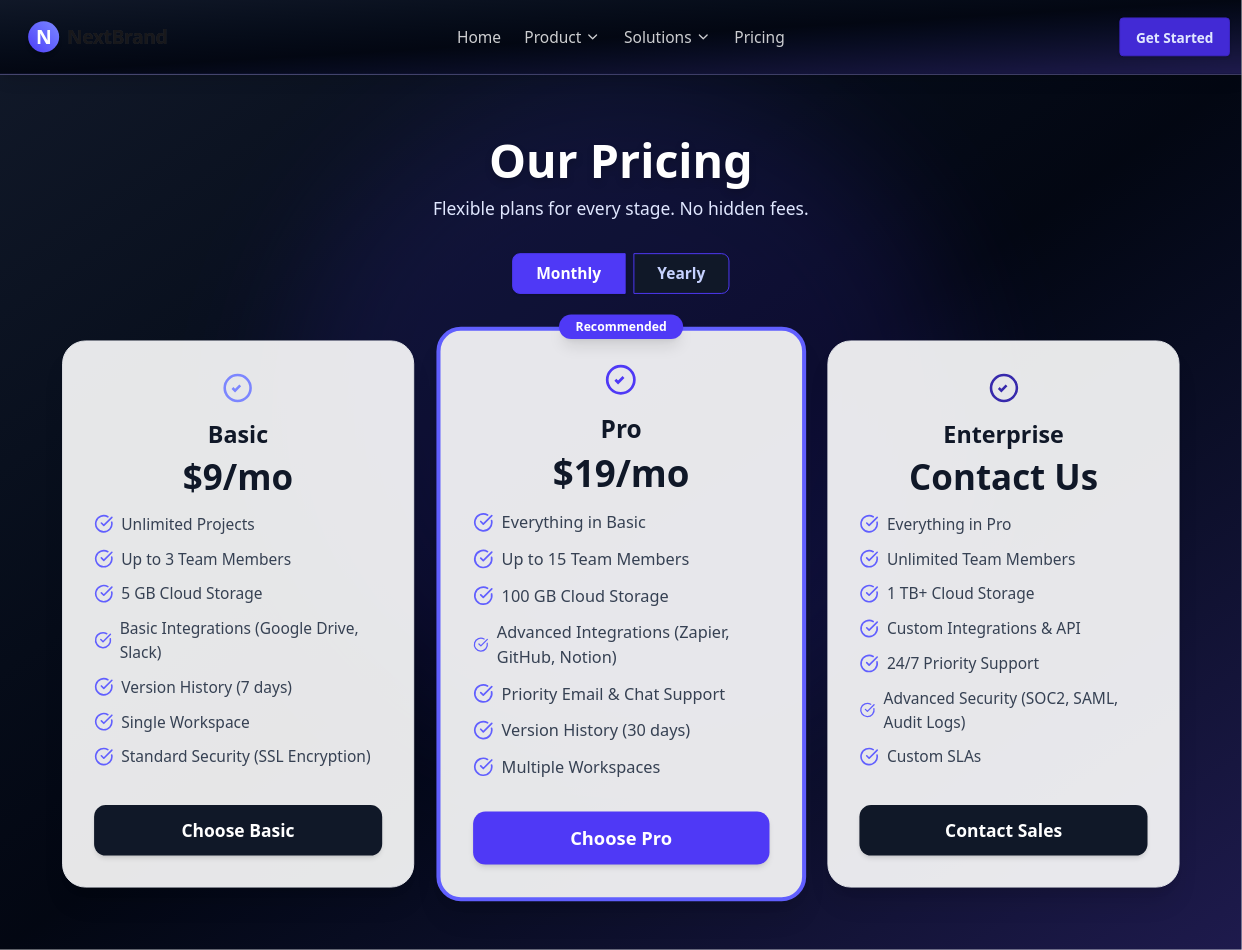
Repository: Chiranshukapil/Next_Brand
Page: /pricing
The author's editor kept a copy of each file at every save. The page is drawn from the files as they stood at one save, then again after a run of saves.
The browser window is 1280 px wide. The pictures show the whole page, at 97% of full size.
The project was rebuilt for these pictures with package versions that can differ from the ones it lists, and the page was loaded fresh each time. Also part of the build but not shown: vite.config.js.

Above is the page before, as saved 2025-06-18 12:35:43.

### index.html
<!doctype html>
<html lang="en">
  <head>
    <meta charset="UTF-8" />
    <link rel="stylesheet" href="src/index.css">
    <meta name="viewport" content="width=device-width, initial-scale=1.0" />
    <title>NavBar</title>
  </head>
  <body classname="scroll-smooth">
    <div id="root"></div>
    <script type="module" src="/src/main.jsx"></script>
  </body>
</html>

### src/App.jsx
import { useState } from 'react'
import { BrowserRouter as Router, Routes, Route } from 'react-router-dom'
import Navbar from './Components/NavBar.jsx'
import PricingSection from './Components/PricingSection.jsx'

function App() {
  return (
    <Router>
      <Navbar />
      <Routes>

        <Route path="/pricing" element={<PricingSection />} />

      </Routes>
    </Router>
  )
}

export default App

### src/Components/NavBar.jsx
import React, { useState } from "react";
import { Link } from "react-router-dom";
import { Menu, X, ChevronDown } from "lucide-react";

// Use route paths in navLinks
const navLinks = [
  { name: "Home", href: "/" },
  {
    name: "Product",
    href: "/product",
    dropdown: [
      { name: "Overview", href: "/product/overview" },
      { name: "Features", href: "/product/features" },
    ],
  },
  {
    name: "Solutions",
    href: "/solutions",
    dropdown: [
      { name: "For Teams", href: "/solutions/teams" },
      { name: "For Individuals", href: "/solutions/individuals" },
    ],
  },
  { name: "Pricing", href: "/pricing" },
];

export default function Navbar() {
  const [menuOpen, setMenuOpen] = useState(false);
  const [dropdownOpen, setDropdownOpen] = useState(null);

  return (
    <nav className="sticky top-0 z-50 bg-gradient-to-br from-gray-900 via-gray-950 to-indigo-950 backdrop-blur-md bg-opacity-80 border-b border-indigo-800/30 shadow-lg flex justify-between px-3 py-3">

      <div className="navbar-start">
        <Link
          to="/"
          className="btn btn-ghost text-xl font-bold tracking-tight flex items-center gap-2 hover:text-indigo-500 transition-colors"
        >
          <span className="w-8 h-8 bg-gradient-to-tr from-indigo-600 to-indigo-400 rounded-full text-white flex items-center justify-center font-bold shadow-md">
            N
          </span>
          <span>NextBrand</span>
        </Link>
      </div>

      <div className="navbar-center hidden md:flex">
        <ul className="menu menu-horizontal px-1">
          {navLinks.map((link, index) => (
            <li
              key={link.name}
              onMouseEnter={() => setDropdownOpen(index)}
              onMouseLeave={() => setDropdownOpen(null)}
              className="relative"
            >
              {link.dropdown ? (
                <>
                  <Link
                    to={link.href}
                    className="text-base font-medium flex items-center gap-1 cursor-pointer text-white/80 hover:text-indigo-500 transition-colors"
                    aria-haspopup="true"
                    aria-expanded={dropdownOpen === index}
                    onClick={() => setDropdownOpen(null)}
                  >
                    {link.name}
                    <ChevronDown className="h-4 w-4" />
                  </Link>
                  {dropdownOpen === index && (
                    <ul className="absolute top-full left-0 mt-1 bg-gray-200 shadow-lg rounded-box p-2 w-48 z-50 animate-fade-in">
                      {link.dropdown.map((item) => (
                        <li key={item.name}>
                          <Link
                            to={item.href}
                            className="block px-3 py-1 rounded hover:bg-indigo-50 text-gray-800 transition"
                            onClick={() => setDropdownOpen(null)}
                          >
                            {item.name}
                          </Link>
                        </li>
                      ))}
                    </ul>
                  )}
                </>
              ) : (
                <Link
                  to={link.href}
                  className="text-base font-medium text-white/80 hover:text-indigo-500 transition"
                  onClick={() => setDropdownOpen(null)}
                >
                  {link.name}
                </Link>
              )}
            </li>
          ))}
        </ul>
      </div>

      <div className="navbar-end flex items-center">
        <Link
          to="/get-started"
          className="btn btn-primary font-semibold shadow hidden md:inline-flex"
        >
          Get Started
        </Link>
        <button
          aria-label="Toggle menu"
          className="btn btn-ghost md:hidden ml-2"
          onClick={() => setMenuOpen((v) => !v)}
        >
          {menuOpen ? (
            <X className="h-6 w-6 text-indigo-600" />
          ) : (
            <Menu className="h-6 w-6 text-indigo-600" />
          )}
        </button>

        <div
          className={`absolute top-full right-2 left-2 z-40 md:hidden overflow-hidden transition-all duration-300 ease-in-out bg-white rounded-box shadow-lg ${
            menuOpen ? "max-h-96" : "max-h-0"
          }`}
        >
          <ul tabIndex={0} className="menu menu-sm p-2 w-full">
            {navLinks.map((link) => (
              <li key={link.name}>
                {link.dropdown ? (
                  <details>
                    <summary className="text-base cursor-pointer flex items-center justify-between text-gray-800">
                      <Link
                        to={link.href}
                        className="flex items-center gap-1"
                        onClick={() => setMenuOpen(false)}
                      >
                        {link.name}
                      </Link>
                    </summary>
                    <ul className="p-2">
                      {link.dropdown.map((item) => (
                        <li key={item.name}>
                          <Link
                            to={item.href}
                            className="text-base text-gray-800"
                            onClick={() => setMenuOpen(false)}
                          >
                            {item.name}
                          </Link>
                        </li>
                      ))}
                    </ul>
                  </details>
                ) : (
                  <Link
                    to={link.href}
                    className="text-base text-gray-800"
                    onClick={() => setMenuOpen(false)}
                  >
                    {link.name}
                  </Link>
                )}
              </li>
            ))}
            <li className="mt-2">
              <Link
                to="/get-started"
                className="btn btn-primary w-full"
                onClick={() => setMenuOpen(false)}
              >
                Get Started
              </Link>
            </li>
          </ul>
        </div>
      </div>
    </nav>
  );
}

### src/Components/PricingSection.jsx
import { CheckCircle } from "lucide-react";
import { useState } from "react";

const plans = [
  {
    name: "Basic",
    icon: (
      <svg className="w-6 h-6 sm:w-7 sm:h-7 md:w-8 md:h-8 text-indigo-400" fill="none" stroke="currentColor" strokeWidth="2" viewBox="0 0 24 24">
        <circle cx="12" cy="12" r="10"/><path d="M8 12l2 2 4-4"/>
      </svg>
    ),
    monthly: 9,
    yearly: 90,
    features: [
      "Unlimited Projects",
      "Up to 3 Team Members",
      "5 GB Cloud Storage",
      "Basic Integrations (Google Drive, Slack)",
      "Version History (7 days)",
      "Single Workspace",
      "Standard Security (SSL Encryption)"
    ],
    recommended: false,
  },
  {
    name: "Pro",
    icon: (
      <svg className="w-6 h-6 sm:w-7 sm:h-7 md:w-8 md:h-8 text-indigo-600" fill="none" stroke="currentColor" strokeWidth="2" viewBox="0 0 24 24">
        <circle cx="12" cy="12" r="10"/><path d="M8 12l2 2 4-4"/>
      </svg>
    ),
    monthly: 19,
    yearly: 190,
    features: [
      "Everything in Basic",
      "Up to 15 Team Members",
      "100 GB Cloud Storage",
      "Advanced Integrations (Zapier, GitHub, Notion)",
      "Priority Email & Chat Support",
      "Version History (30 days)",
      "Multiple Workspaces"
    ],
    recommended: true,
  },
  {
    name: "Enterprise",
    icon: (
      <svg className="w-6 h-6 sm:w-7 sm:h-7 md:w-8 md:h-8 text-indigo-800" fill="none" stroke="currentColor" strokeWidth="2" viewBox="0 0 24 24">
        <circle cx="12" cy="12" r="10"/><path d="M8 12l2 2 4-4"/>
      </svg>
    ),
    monthly: null,
    yearly: null,
    features: [
      "Everything in Pro",
      "Unlimited Team Members",
      "1 TB+ Cloud Storage",
      "Custom Integrations & API",
      "24/7 Priority Support",
      "Advanced Security (SOC2, SAML, Audit Logs)",
      "Custom SLAs"
    ],
    recommended: false,
    contact: true,
  },
];

export default function PricingSection() {
  const [billing, setBilling] = useState("monthly");

  const displayPrice = (plan) => {
    if (plan.contact) return "Contact Us";
    if (billing === "yearly") return `$${plan.yearly}/yr`;
    return `$${plan.monthly}/mo`;
  };

  return (
    <section className="relative py-8 px-3 sm:px-2 md:py-16 md:px-6 bg-gradient-to-br from-gray-900 via-gray-950 to-indigo-950 min-h-[100vh]">
      {/* Decorative background shapes */}
      <div className="absolute top-0 left-1/2 -translate-x-1/2 w-[300px] h-[300px] sm:w-[500px] sm:h-[500px] md:w-[700px] md:h-[700px] rounded-full bg-indigo-800 opacity-20 blur-3xl pointer-events-none"></div>
      <div className="relative z-10 max-w-6xl mx-auto">
        <h2 className="text-2xl sm:text-3xl md:text-5xl font-extrabold text-center mb-2 sm:mb-3 text-white drop-shadow-lg">
          Our Pricing
        </h2>
        <p className="text-center text-indigo-100 mb-4 sm:mb-6 md:mb-8 text-sm sm:text-base md:text-lg">
          Flexible plans for every stage. No hidden fees.
        </p>
        {/* Billing toggle */}
        <div className="flex justify-center mb-4 sm:mb-6 md:mb-12 gap-2">
          <button
            className={`px-3 py-1.5 sm:px-4 sm:py-2 md:px-6 md:py-2 rounded-l-lg font-semibold transition-colors duration-200 hover:cursor-pointer border border-indigo-600 focus:outline-none text-xs sm:text-sm md:text-base ${
              billing === "monthly"
                ? "bg-indigo-600 text-white shadow"
                : "bg-gray-900 text-indigo-200 hover:bg-indigo-700/20"
            }`}
            onClick={() => setBilling("monthly")}
          >
            Monthly
          </button>
          <button
            className={`px-3 py-1.5 sm:px-4 sm:py-2 md:px-6 md:py-2 rounded-r-lg font-semibold transition-colors duration-200 hover:cursor-pointer border border-indigo-600 focus:outline-none text-xs sm:text-sm md:text-base ${
              billing === "yearly"
                ? "bg-indigo-600 text-white shadow"
                : "bg-gray-900 text-indigo-200 hover:bg-indigo-700/20"
            }`}
            onClick={() => setBilling("yearly")}
          >
            Yearly
          </button>
        </div>
        <div className="grid grid-cols-1 md:grid-cols-3 gap-4 sm:gap-6 md:gap-8 items-stretch">
          {plans.map((plan) => (
            <div
              key={plan.name}
              className={`relative flex flex-col p-4 sm:p-4 md:p-8 rounded-2xl md:rounded-3xl border transition-transform duration-200 bg-white/90 shadow-xl hover:scale-[1.03] w-full max-w-xs sm:max-w-md mx-auto h-full ${
                plan.recommended
                  ? "border-4 border-indigo-500 bg-indigo-50 z-20 md:scale-105 shadow-2xl"
                  : "border-gray-200"
              }`}
            >
              {plan.recommended && (
                <span className="absolute -top-3 sm:-top-4 left-1/2 -translate-x-1/2 bg-indigo-600 text-white text-[10px] sm:text-xs px-3 sm:px-4 py-1 rounded-full font-semibold shadow-lg z-30">
                  Recommended
                </span>
              )}
              <div className="flex justify-center mb-2 sm:mb-3 md:mb-4">{plan.icon}</div>
              <h3 className="text-lg sm:text-xl md:text-2xl font-bold mb-1 sm:mb-2 text-gray-900 text-center">{plan.name}</h3>
              <div className="text-2xl sm:text-3xl md:text-4xl font-extrabold mb-2 sm:mb-3 md:mb-4 text-center text-gray-900">{displayPrice(plan)}</div>
              <ul className="flex-1 mb-4 sm:mb-6 md:mb-8 space-y-1 sm:space-y-2 md:space-y-3 text-gray-700 text-xs sm:text-sm md:text-base">
                {plan.features.map((f) => (
                  <li key={f} className="flex items-center gap-1 sm:gap-2">
                    <CheckCircle className="w-4 h-4 sm:w-5 sm:h-5 text-indigo-500" />
                    <span>{f}</span>
                  </li>
                ))}
              </ul>
              <button
                className={`py-1.5 px-3 sm:py-2 sm:px-4 md:py-3 md:px-6 rounded-lg md:rounded-xl font-semibold text-sm sm:text-base md:text-lg transition-all hover:cursor-pointer duration-200 shadow-md focus:outline-none ${
                  plan.recommended
                    ? "bg-indigo-600 text-white hover:bg-indigo-700"
                    : "bg-gray-900 text-white hover:bg-indigo-600"
                }`}
              >
                {plan.contact ? "Contact Sales" : `Choose ${plan.name}`}
              </button>
            </div>
          ))}
        </div>
      </div>
    </section>
  );
}

Loaded but not shown: src/index.css (common file); src/main.jsx (common file)

After the next 2 saves:
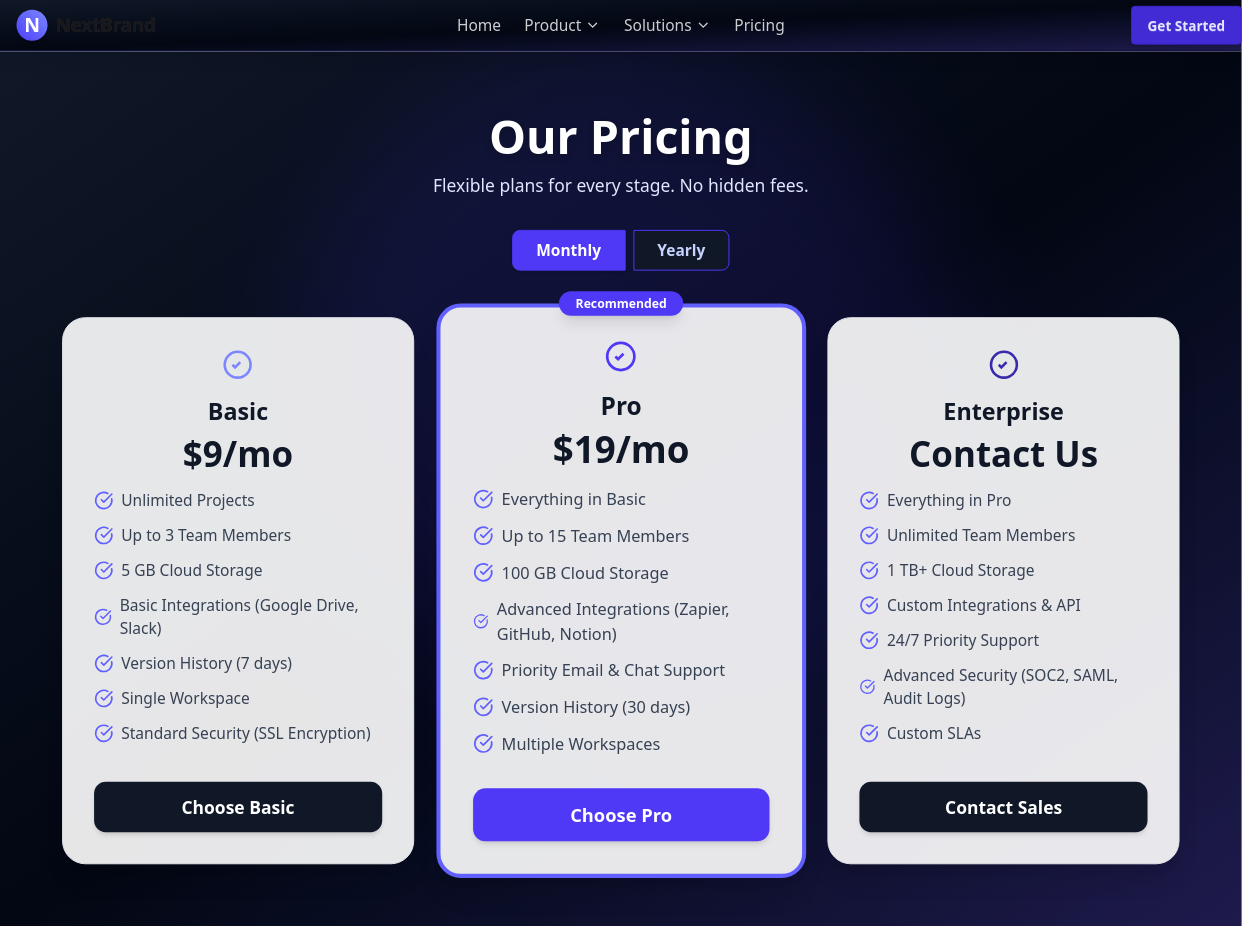
The 2 saves are shown as one change because they came seconds apart.
The last was saved 18 s later.
--- a/src/Components/NavBar.jsx
+++ b/src/Components/NavBar.jsx
@@ -29,7 +29,7 @@
   const [dropdownOpen, setDropdownOpen] = useState(null);
 
   return (
-    <nav className="sticky top-0 z-50 bg-gradient-to-br from-gray-900 via-gray-950 to-indigo-950 backdrop-blur-md bg-opacity-80 border-b border-indigo-800/30 shadow-lg flex justify-between px-3 py-3">
+    <nav className="sticky top-0 z-50 bg-gradient-to-br from-gray-900 via-gray-950 to-indigo-950 backdrop-blur-md bg-opacity-80 border-b border-indigo-800/30 shadow-lg flex justify-between items-center px= p=">
 
       <div className="navbar-start">
         <Link

After the save that followed:
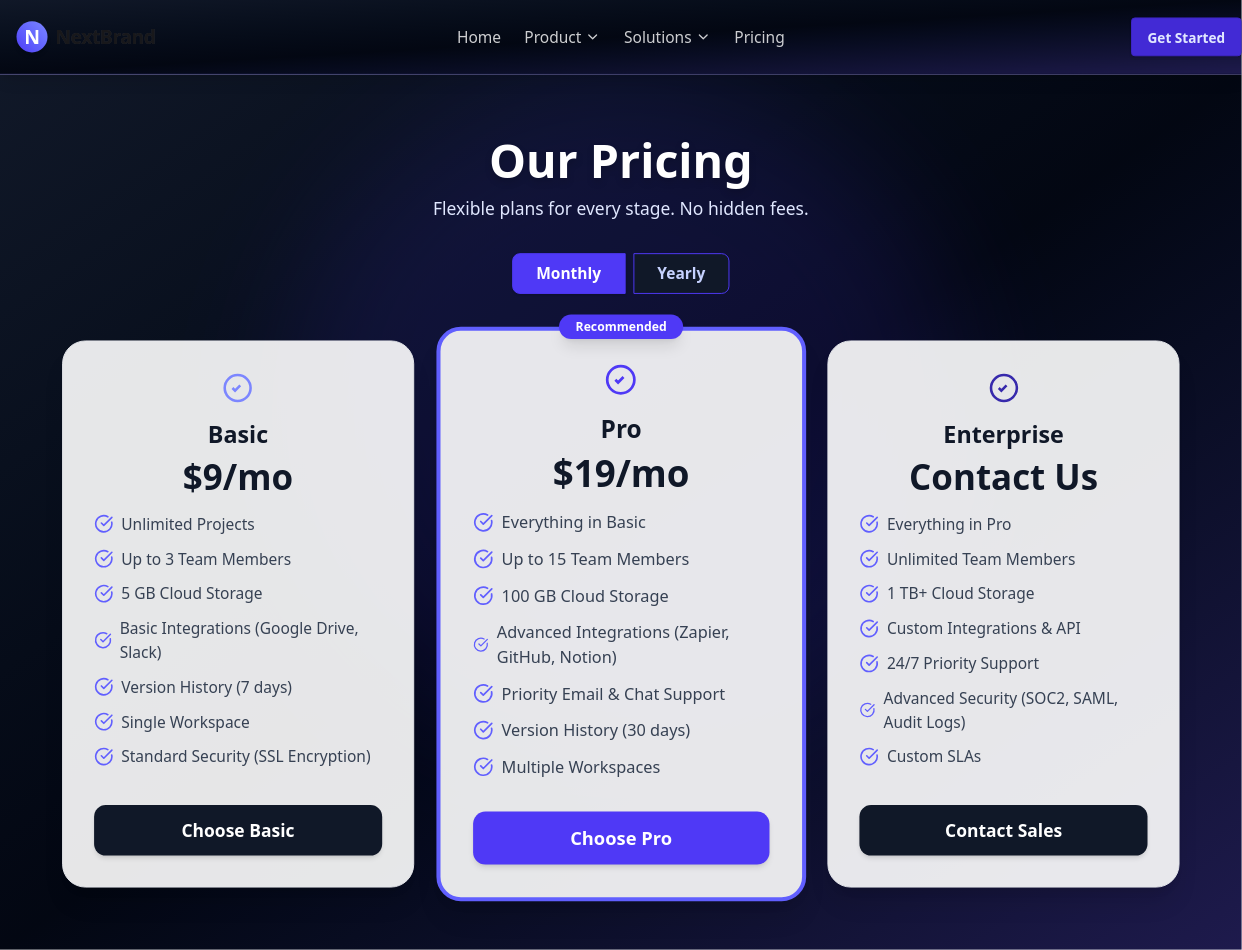
Saved 6 s later.
--- a/src/Components/NavBar.jsx
+++ b/src/Components/NavBar.jsx
@@ -29,7 +29,7 @@
   const [dropdownOpen, setDropdownOpen] = useState(null);
 
   return (
-    <nav className="sticky top-0 z-50 bg-gradient-to-br from-gray-900 via-gray-950 to-indigo-950 backdrop-blur-md bg-opacity-80 border-b border-indigo-800/30 shadow-lg flex justify-between items-center px= p=">
+    <nav className="sticky top-0 z-50 bg-gradient-to-br from-gray-900 via-gray-950 to-indigo-950 backdrop-blur-md bg-opacity-80 border-b border-indigo-800/30 shadow-lg flex justify-between items-center py-3">
 
       <div className="navbar-start">
         <Link
